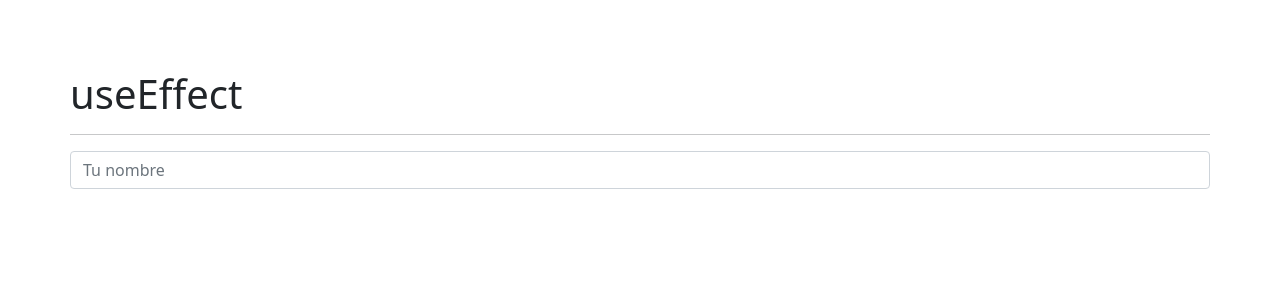
Repository: FlamesAlejandro/practicaReact
Page: /
The author's editor kept a copy of each file at every save. The page is drawn from the files as they stood at one save, then again after a run of saves.
The browser window is 1280 px wide. The pictures show the whole page.
The project was rebuilt for these pictures with package versions that can differ from the ones it lists, and the page was loaded fresh each time.

Above is the page before, as saved 2021-05-25 08:11:42.

After the next 3 saves:
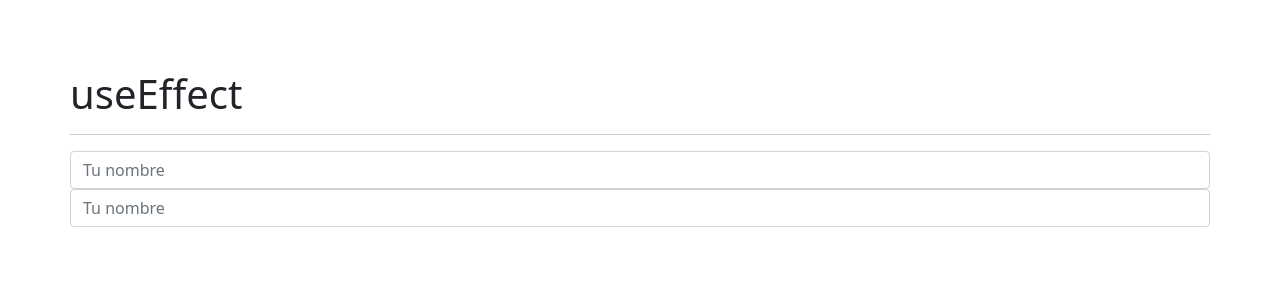
The 3 saves are shown as one change because they came seconds apart.
The last was saved 2 h 0 min later.
--- a/src/components/useEffect/simpleForm.js
+++ b/src/components/useEffect/simpleForm.js
@@ -34,6 +34,18 @@ export const SimpleForm = () => {
                     onChange={ handleInputChange }
                  />
             </div>
+
+            <div className="form-group">
+                <input
+                    type="text"
+                    name="email"
+                    className="form-control"
+                    placeholder="Tu nombre"
+                    autoComplete="off"
+                    value={ email }
+                    onChange={ handleInputChange }
+                 />
+            </div>
         </>
     )
 }
